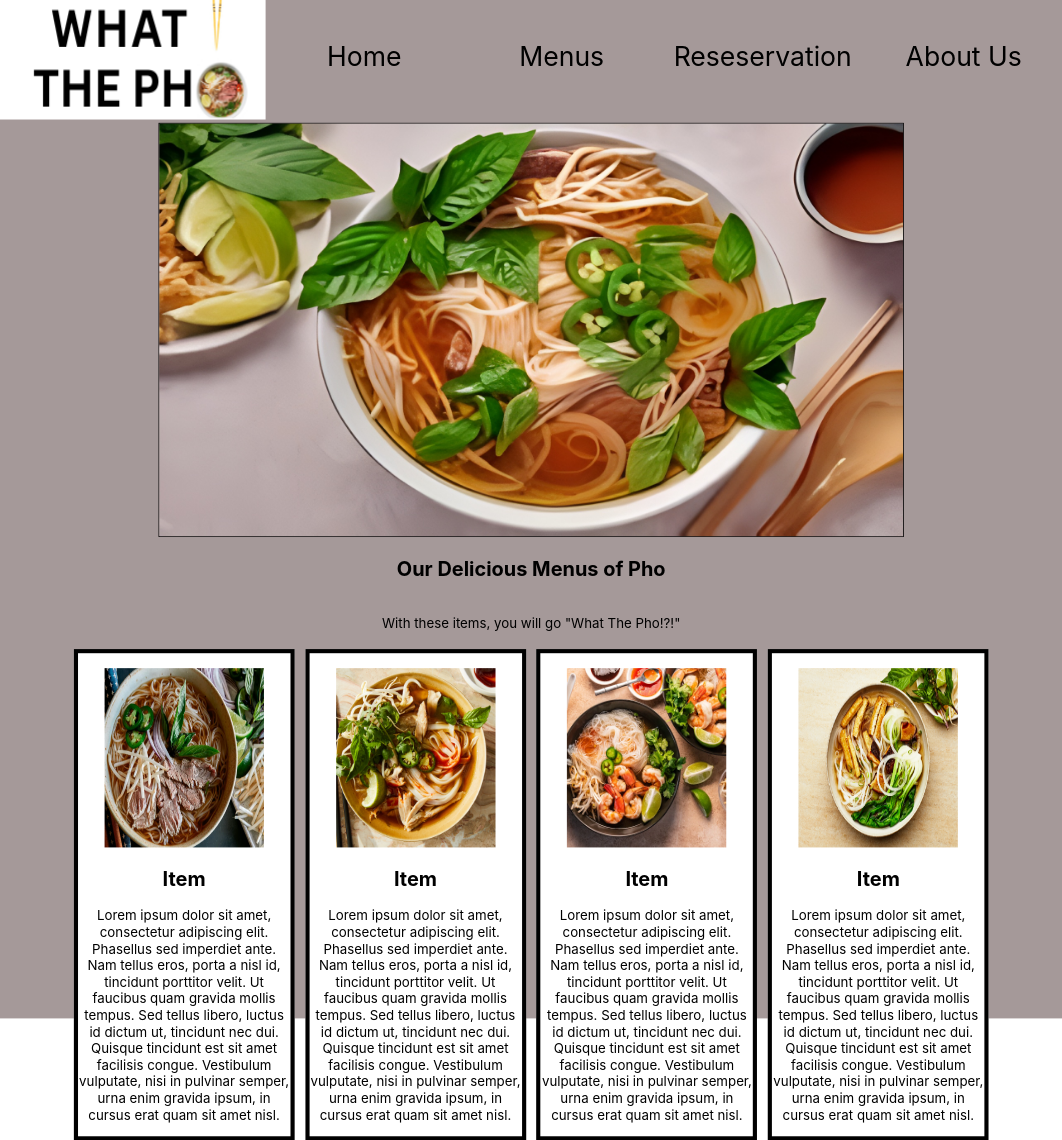
Repository: NguyenkhDang/Restaurant-Website
Page: /
These files come from the project's save history. The page is drawn as it stood at one moment and after the next save; the edit follows.
The browser window is 1280 px wide. The pictures show the whole page, at 83% of full size.
The project was rebuilt for these pictures with package versions that can differ from the ones it lists, and the page was loaded fresh each time.

Above is the page before, as saved 2026-01-15 22:41:19.

### src/App.js
import BackgroundImage from "./image/pho.jpg"
import BeefPho from "./image/beefPho.png"
import ChickenPho from "./image/chickenPho.jpg"
import ShrimpPho from "./image/shrimpPho.png"
import VeganPho from "./image/veganPho.jpg"
import './App.css';
import NavigationBar from './NavigationBar';
function App() {
  return (
    <div className="home">
      <NavigationBar />
      <img
        src={BackgroundImage}
        style={{maxWidth: "70vw", height: "auto", border: "1px solid black"}}
        alt="Pho Photo"
        />


      <div className="menu">
        <h2>Our Delicious Menus of Pho</h2>
        <p>With these items, you will go "What The Pho!?!"</p>
        <div className="foodContainer">
          <div>
            <img  src={BeefPho}
                  style={{width: "15vw", height: "30vh"}}/>
            <h2>Item</h2>
            <p>Lorem ipsum dolor sit amet, consectetur adipiscing elit. Phasellus sed imperdiet ante. Nam tellus eros, porta a nisl id, tincidunt porttitor velit. Ut faucibus quam gravida mollis tempus. Sed tellus libero, luctus id dictum ut, tincidunt nec dui. Quisque tincidunt est sit amet facilisis congue. Vestibulum vulputate, nisi in pulvinar semper, urna enim gravida ipsum, in cursus erat quam sit amet nisl. </p>
          </div>
          <div>
            <img  src={ChickenPho}
                  style={{width: "15vw", height: "30vh"}}/>
            <h2>Item</h2>
            <p>Lorem ipsum dolor sit amet, consectetur adipiscing elit. Phasellus sed imperdiet ante. Nam tellus eros, porta a nisl id, tincidunt porttitor velit. Ut faucibus quam gravida mollis tempus. Sed tellus libero, luctus id dictum ut, tincidunt nec dui. Quisque tincidunt est sit amet facilisis congue. Vestibulum vulputate, nisi in pulvinar semper, urna enim gravida ipsum, in cursus erat quam sit amet nisl. </p>
          </div>
          <div>
            <img  src={ShrimpPho}
                  style={{width: "15vw", height: "30vh"}}/>
            <h2>Item</h2>
            <p>Lorem ipsum dolor sit amet, consectetur adipiscing elit. Phasellus sed imperdiet ante. Nam tellus eros, porta a nisl id, tincidunt porttitor velit. Ut faucibus quam gravida mollis tempus. Sed tellus libero, luctus id dictum ut, tincidunt nec dui. Quisque tincidunt est sit amet facilisis congue. Vestibulum vulputate, nisi in pulvinar semper, urna enim gravida ipsum, in cursus erat quam sit amet nisl. </p>
          </div>
          <div>
            <img  src={VeganPho}
                  style={{width: "15vw", height: "30vh"}}/>
            <h2>Item</h2>
            <p>Lorem ipsum dolor sit amet, consectetur adipiscing elit. Phasellus sed imperdiet ante. Nam tellus eros, porta a nisl id, tincidunt porttitor velit. Ut faucibus quam gravida mollis tempus. Sed tellus libero, luctus id dictum ut, tincidunt nec dui. Quisque tincidunt est sit amet facilisis congue. Vestibulum vulputate, nisi in pulvinar semper, urna enim gravida ipsum, in cursus erat quam sit amet nisl. </p>
          </div>
        </div>
      </div>
  </div>
);
}

export default App;

### src/App.css
.home {
  background-color: rgb(165, 153, 153);
  text-align: center;

}
.menu{
  display: grid;
  grid-template-rows: 1fr 1fr 1fr;
  height: 80vh;
  gap: 5px;
  place-items: center;

}

.foodContainer{
  display: grid;
  grid-template-columns: 1fr 1fr 1fr 1fr;
  place-items: center;
  gap: 1vw;
}

.foodContainer div{
  background-color: white;
  width: 20vw;
  padding-top: 2.5vh;
  border: solid 5px;
  border-color: radial-gradient(circle,rgba(219,219,219,1) 0% , rgba(0, 0, 0, 1) 100%);
}

### src/NavigationBar.js
import "./CSS/NavigationBar.css"
import Logo from "./image/CustomLogo2.png"
const NavigationBar = () =>{



  return (
    <div className="navbar">
      <div className="logoImage">
        <img src= {Logo} />
      </div>
      <div className="wholeNavBar">
        <ul>
          <li>
            <a>Home</a>
          </li>
          <li>
            <a>Menus</a>
          </li>
          <li>
            <a>Reseservation</a>
          </li>
          <li>
            <a>About Us</a>
          </li>
        </ul>

      </div>
    </div>
  )


}

export default NavigationBar

### src/CSS/NavigationBar.css
.navbar{
  display: grid;
  grid-template-columns: 25% 75%;
}
.wholeMavBar{
  float: right;
  height: 10vh;
}

.logoImage img{
  height: 20vh;
  width: 25vw;
  object-fit: fill;
  object-position: center;
}

ul{
  align-items: center;
  list-style-type: none;
  display: grid;
  place-items: center;
  grid-template-columns: 1fr 1fr 1fr 1fr;
  margin-top: 5%;
  padding: 0;
}
li a{
  font-size: 2em;
  text-align: center;
  padding: 14px 16px;
}

li a:hover{
  background-color: #c5b1b1;
}

Loaded but not shown: public/index.html (common file); src/index.js (common file); src/index.css (common file); src/reportWebVitals.js (common file)

After the next save:
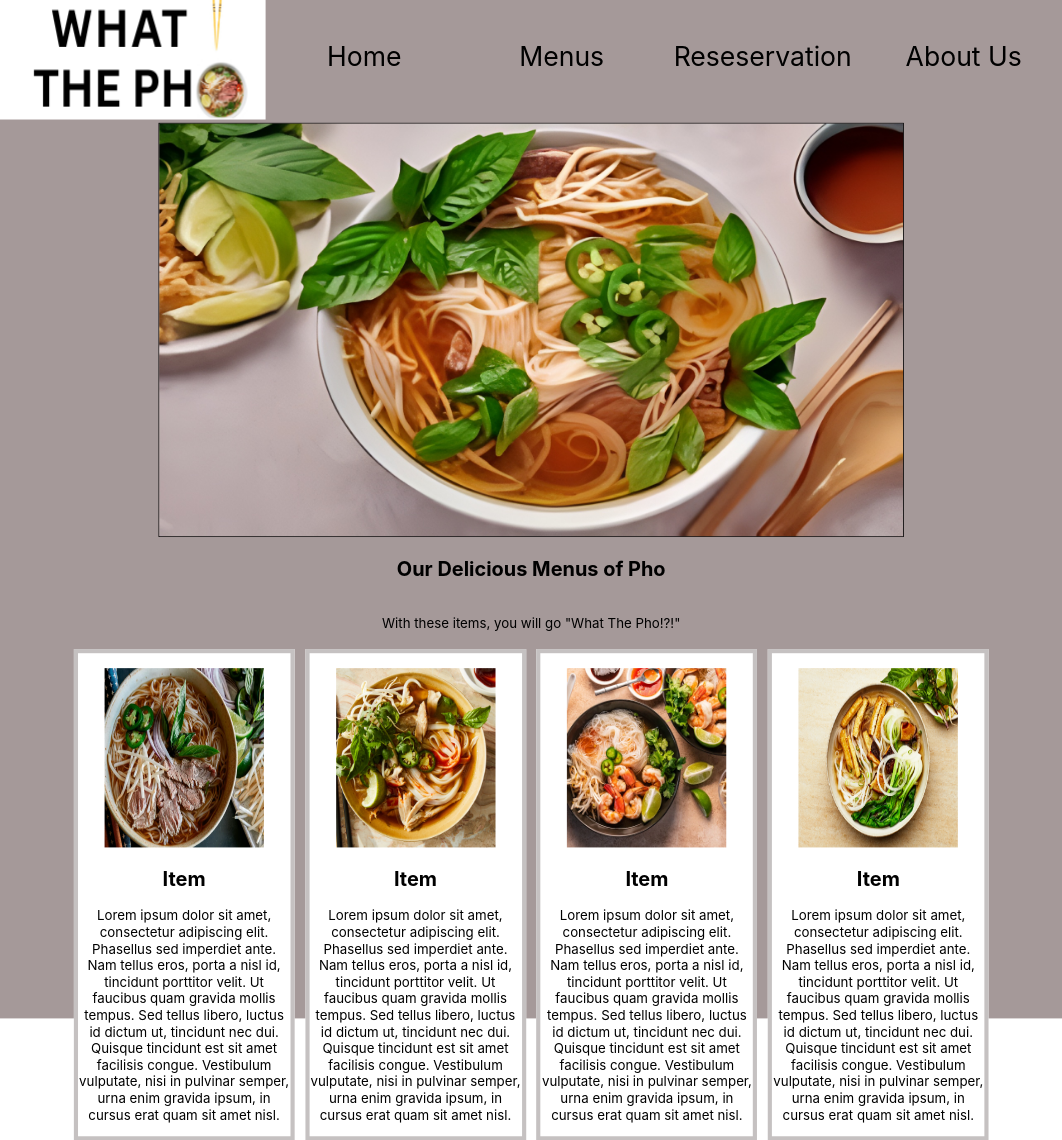
Saved 90 s later.
--- a/src/App.css
+++ b/src/App.css
@@ -23,6 +23,5 @@
   background-color: white;
   width: 20vw;
   padding-top: 2.5vh;
-  border: solid 5px;
-  border-color: radial-gradient(circle,rgba(219,219,219,1) 0% , rgba(0, 0, 0, 1) 100%);
+  border: rgb(197, 193, 193) solid 5px;
 }
